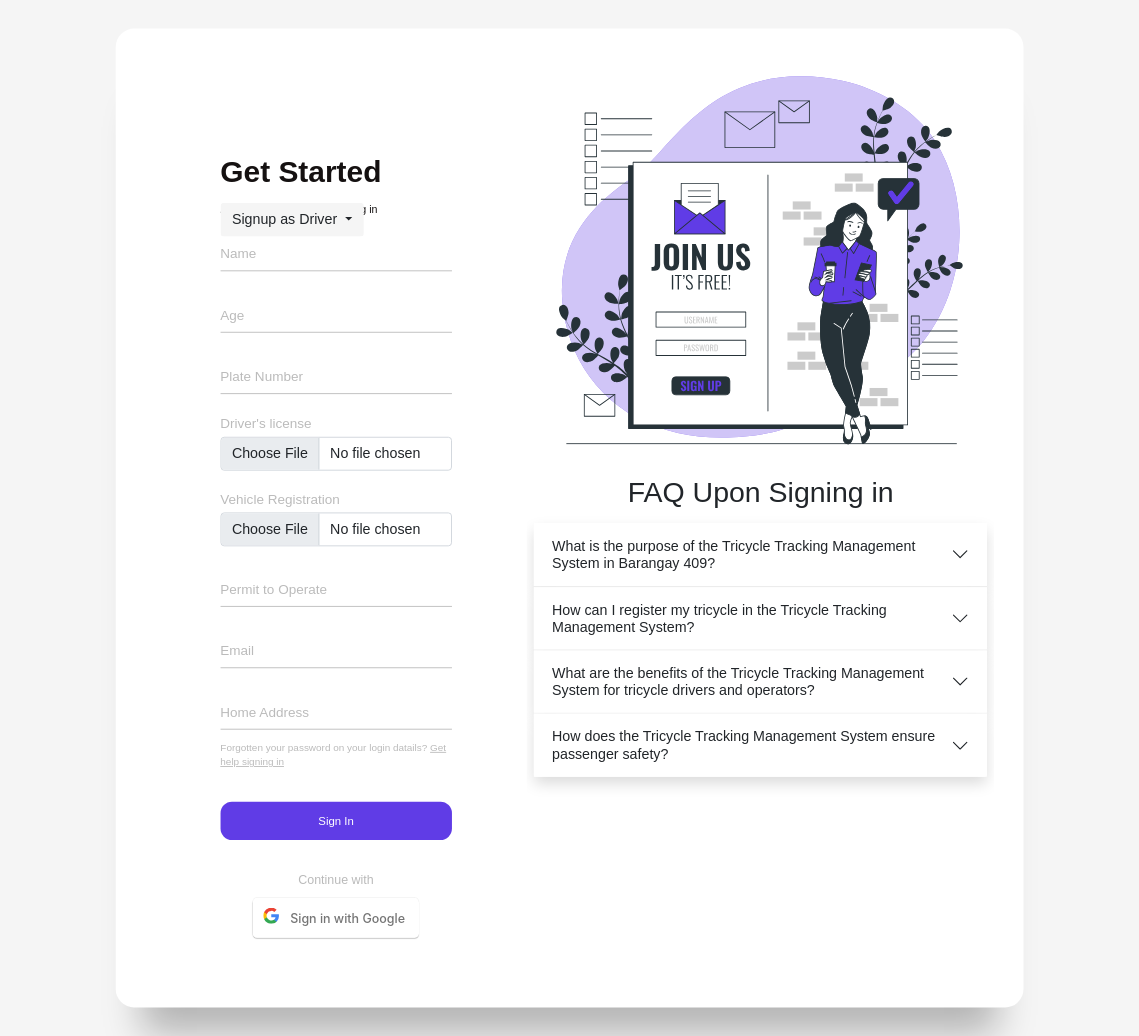
Repository: adrcstro/plate-to-place
Page: http://localhost/Loginsystem/Driverlogin.php
These files come from the project's save history. The page is drawn as it stood at one moment and after the next save; the edit follows.
The browser window is 1280 px wide. The pictures show the whole page, at 89% of full size.
Some web fonts or font styles are not loaded; a fallback is used. Some web libraries are served in a nearby version. The page is run by PHP 8.4 with error messages shown; the project is at /var/www/html/.

Above is the page before, as saved 2023-10-31 12:33:08.

After the next save:
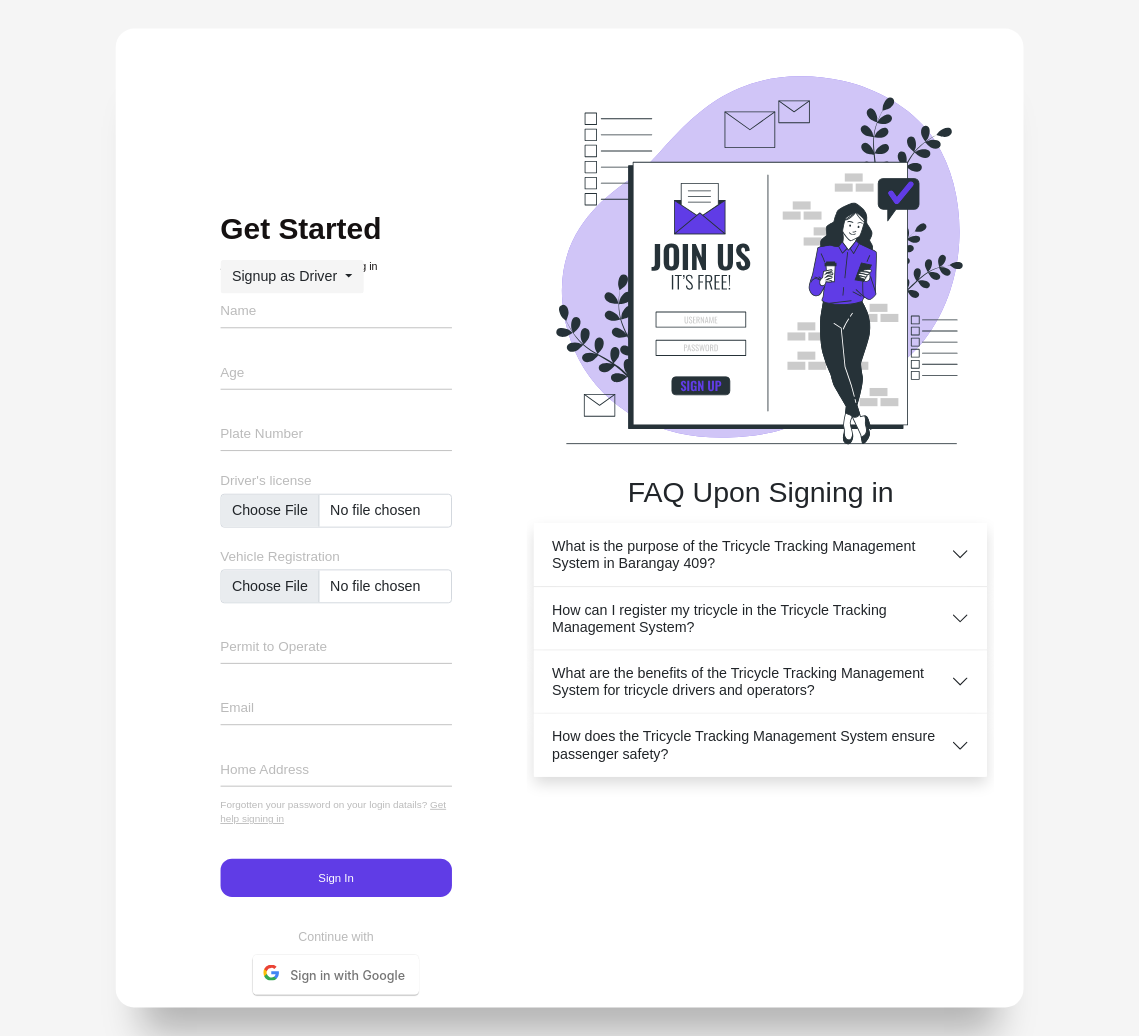
Saved 7 s later.
--- a/Loginsystem/driver.css
+++ b/Loginsystem/driver.css
@@ -401,7 +401,7 @@
 }
 
 .sign-in-form{
-  margin-top: 2rem;
+  margin-top: 6rem;
 }
 
 

After the save that followed:
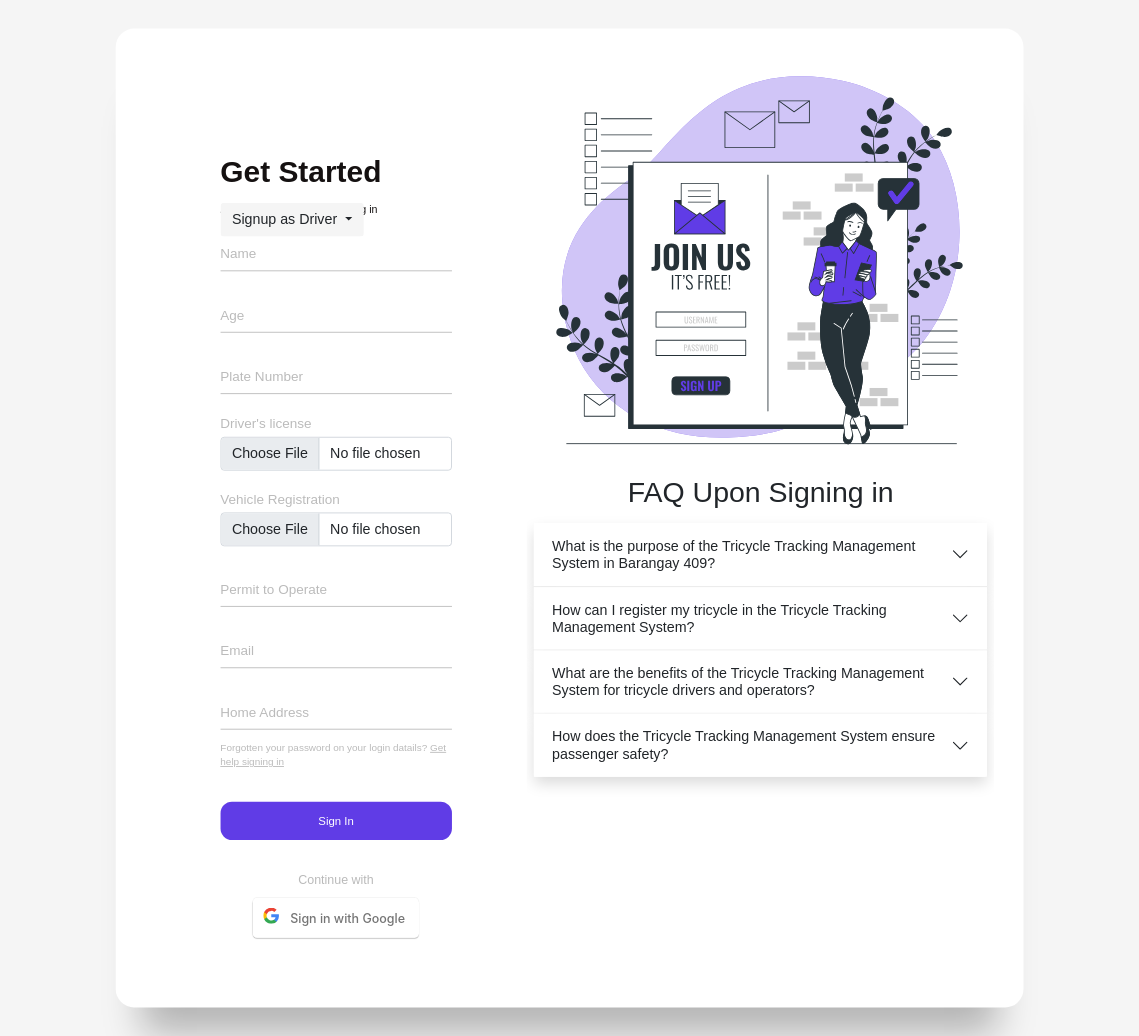
Saved 22 s later.
--- a/Loginsystem/driver.css
+++ b/Loginsystem/driver.css
@@ -401,7 +401,7 @@
 }
 
 .sign-in-form{
-  margin-top: 6rem;
+  margin-top: 2rem;
 }
 
 
